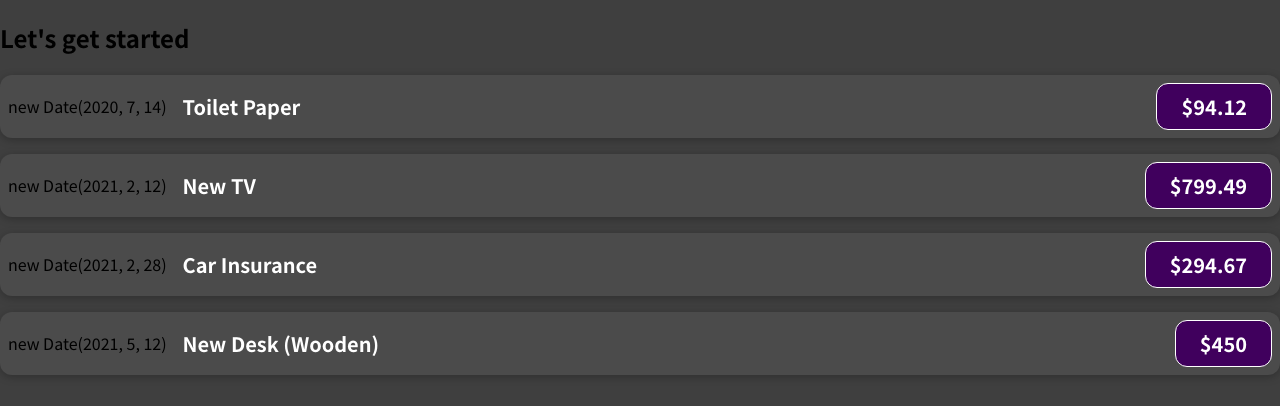
Repository: runner855/expense-tracker
Page: /
The author's editor kept a copy of each file at every save. The page is drawn from the files as they stood at one save, then again after the next save.
The browser window is 1280 px wide. The pictures show the whole page.
The project was rebuilt for these pictures with package versions that can differ from the ones it lists, and the page was loaded fresh each time.

Above is the page before, as saved 2022-09-02 13:08:23.

After the next save:
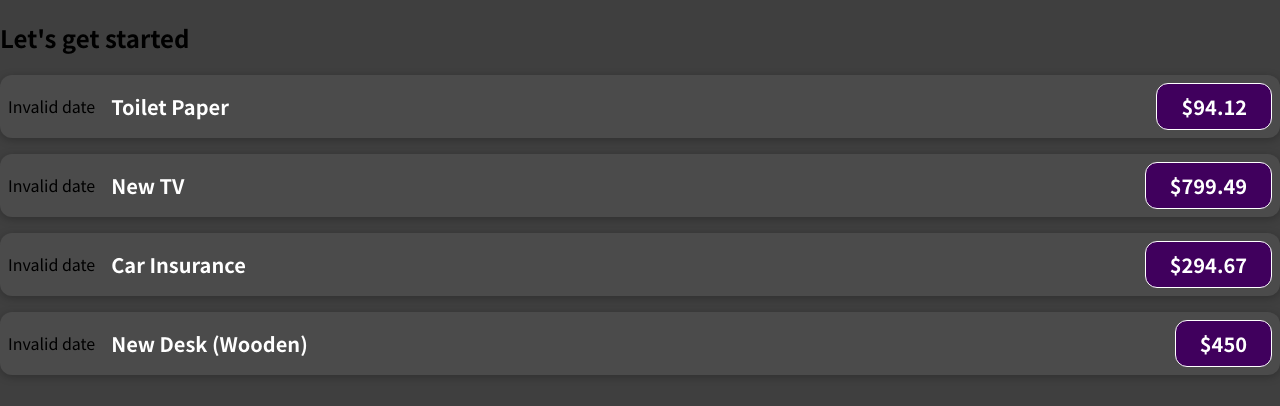
Saved 26 s later.
--- a/src/components/ExpenseItem.js
+++ b/src/components/ExpenseItem.js
@@ -10,7 +10,7 @@ const ExpenseItem = (props) => {
   return (
     <div className='expense-item'>
       <div className='expense-item__date'>
-        {`${date}`}
+        {`${moment(date).format('LL')}`}
       </div>
       <div className='expense-item__description'>
         <h2>{`${title}`}</h2>
